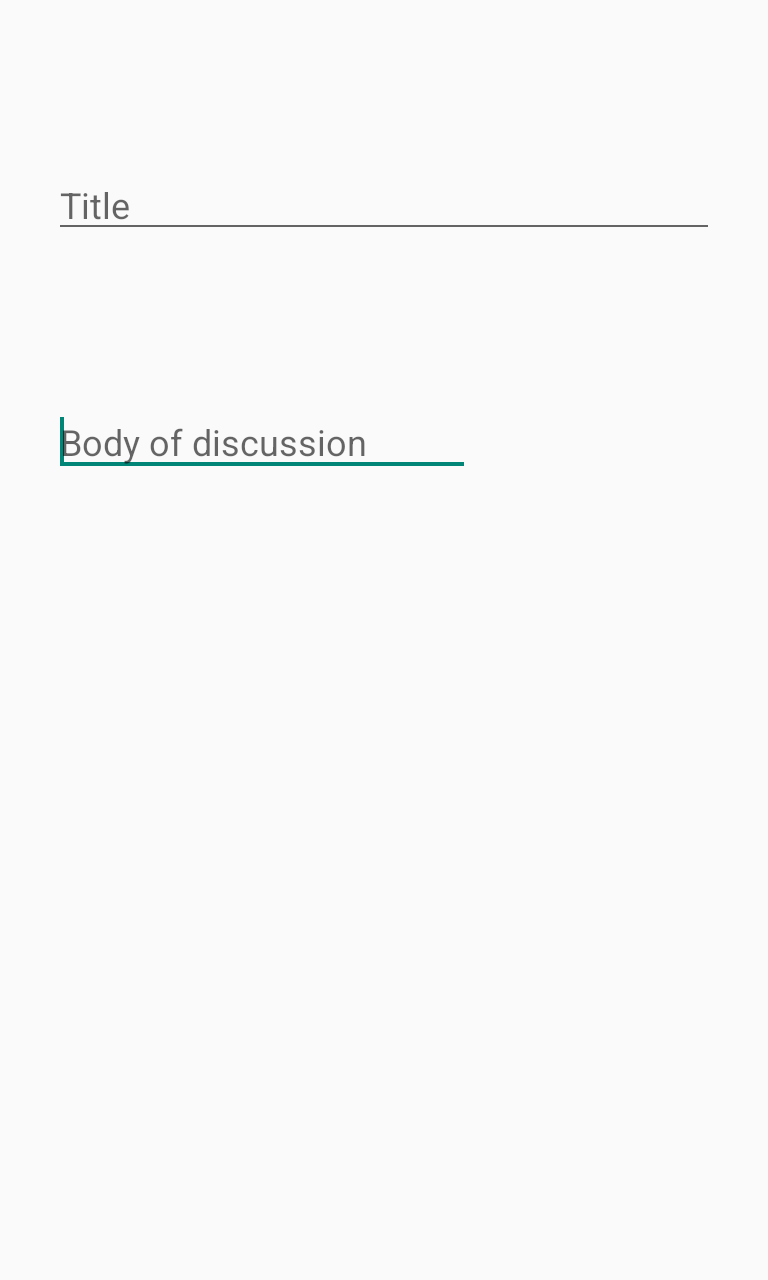
Repository: jayasi/Tag-Overflow
Layout: TagOverflow/res/layout/new_post.xml
An editor plug-in stored every save of this project. The layout is shown before and after the next save, followed by the edit.
It is drawn on a 768 x 1280 px phone screen (xhdpi) without system bars, with theme AppTheme; the app's code is not run.

Above is the layout before, as saved 2015-02-17 20:02:56.

After the next save:
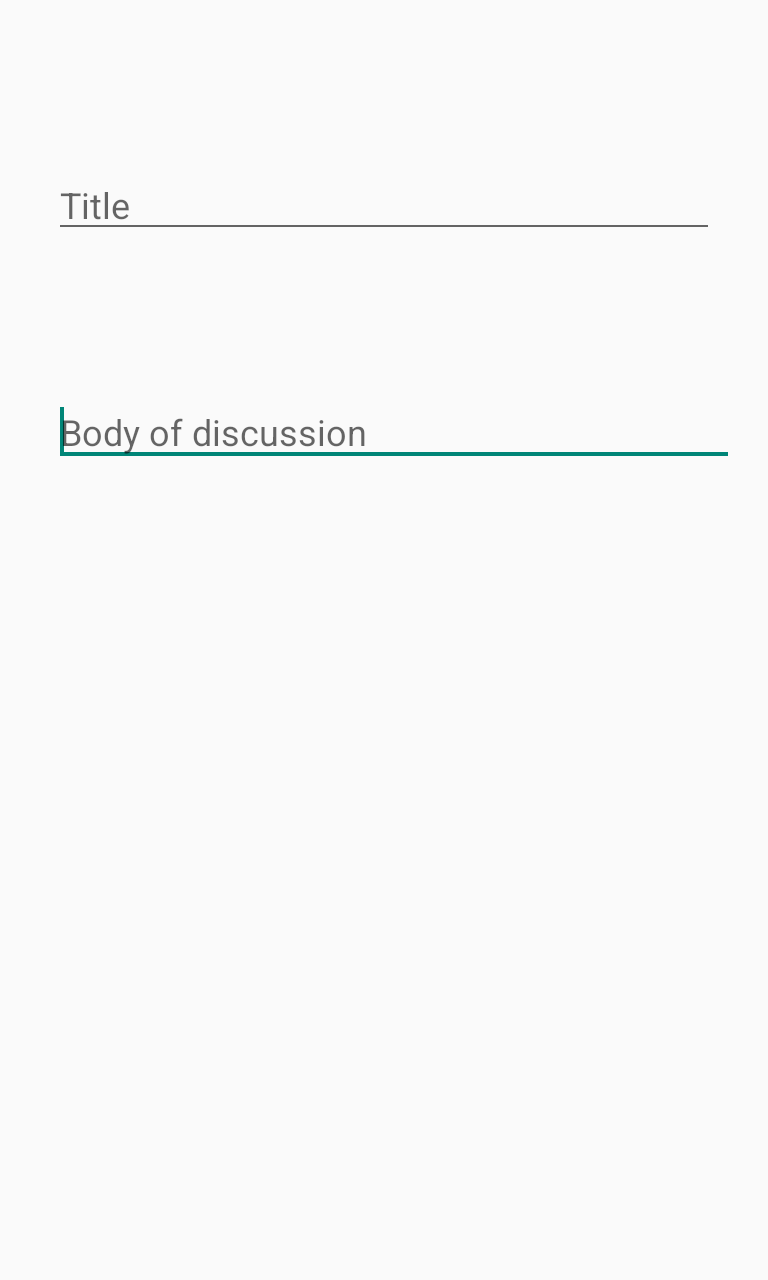
Saved 28 s later.
--- a/TagOverflow/res/layout/new_post.xml
+++ b/TagOverflow/res/layout/new_post.xml
@@ -22,11 +22,11 @@
 
     <EditText
         android:id="@+id/body"
-        android:layout_width="wrap_content"
+        android:layout_width="match_parent"
         android:layout_height="wrap_content"
         android:layout_alignLeft="@+id/title"
         android:layout_below="@+id/title"
-        android:layout_marginTop="77dp"
+        android:layout_marginTop="72dp"
         android:ems="10"
         android:hint="Body of discussion"
         android:inputType="textMultiLine" >
